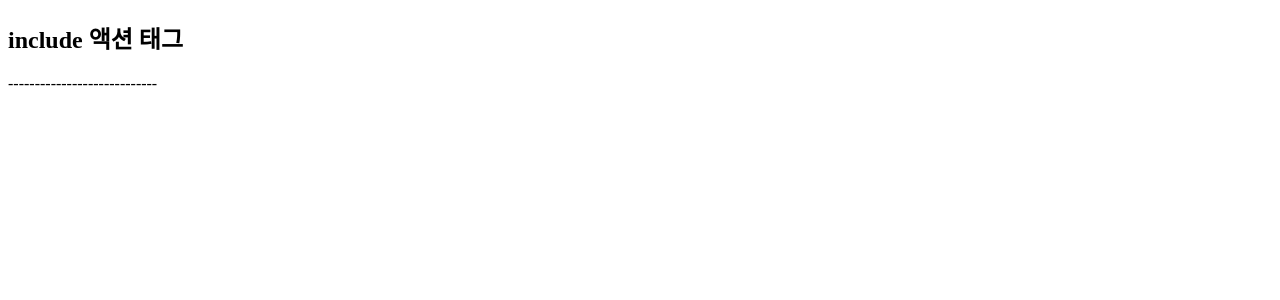
Repository: ramperrit/JSP
Page: http://localhost/JSPBook/Ch04/include.jsp
An editor plug-in stored every save of this project. The page is shown before and after the next save, followed by the edit.
The browser window is 1280 px wide. The pictures show the whole page.
The page is served by Tomcat 9. Nobody is signed in. The application's start-up code is not run.

Above is the page before, as saved 2024-02-21 02:54:02.

After the next save:
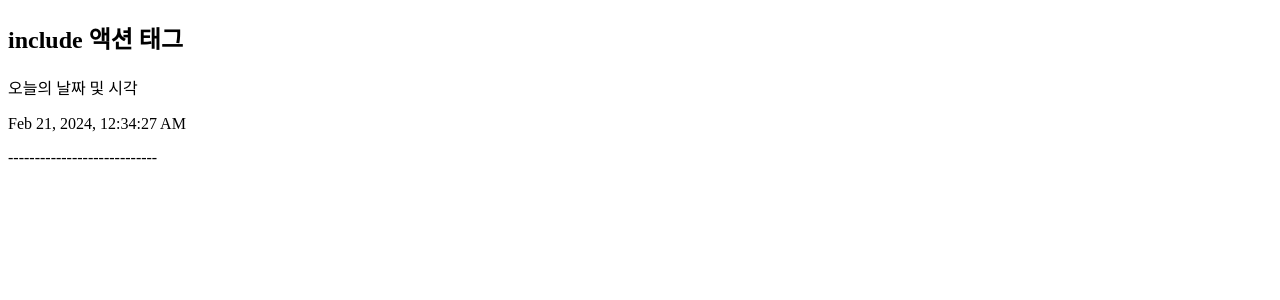
Saved 46 s later.
--- a/JSPBook/src/main/webapp/Ch04/include_date.jsp
+++ b/JSPBook/src/main/webapp/Ch04/include_date.jsp
@@ -6,6 +6,7 @@
 <title>Insert title here</title>
 </head>
 <body>
-
+	<p>오늘의 날짜 및 시각
+	<p><%=(new java.util.Date()).toLocaleString() %>
 </body>
 </html>
